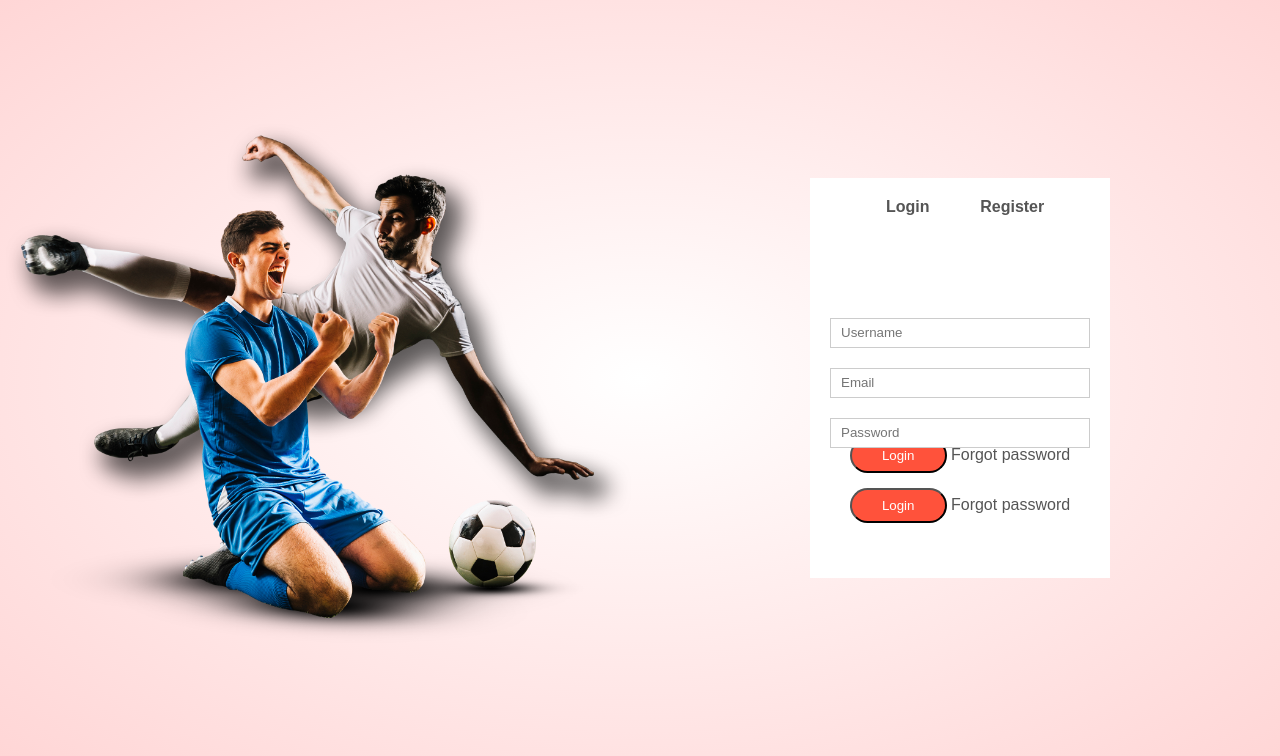
Repository: ritikalohia/tepid-frontend
Page: account.html
An editor plug-in stored every save of this project. The page is shown before and after a run of saves, followed by the edit.
The browser window is 1280 px wide. The pictures show the whole page.

Above is the page before, as saved 2021-06-09 12:31:02.

After the next 9 saves:
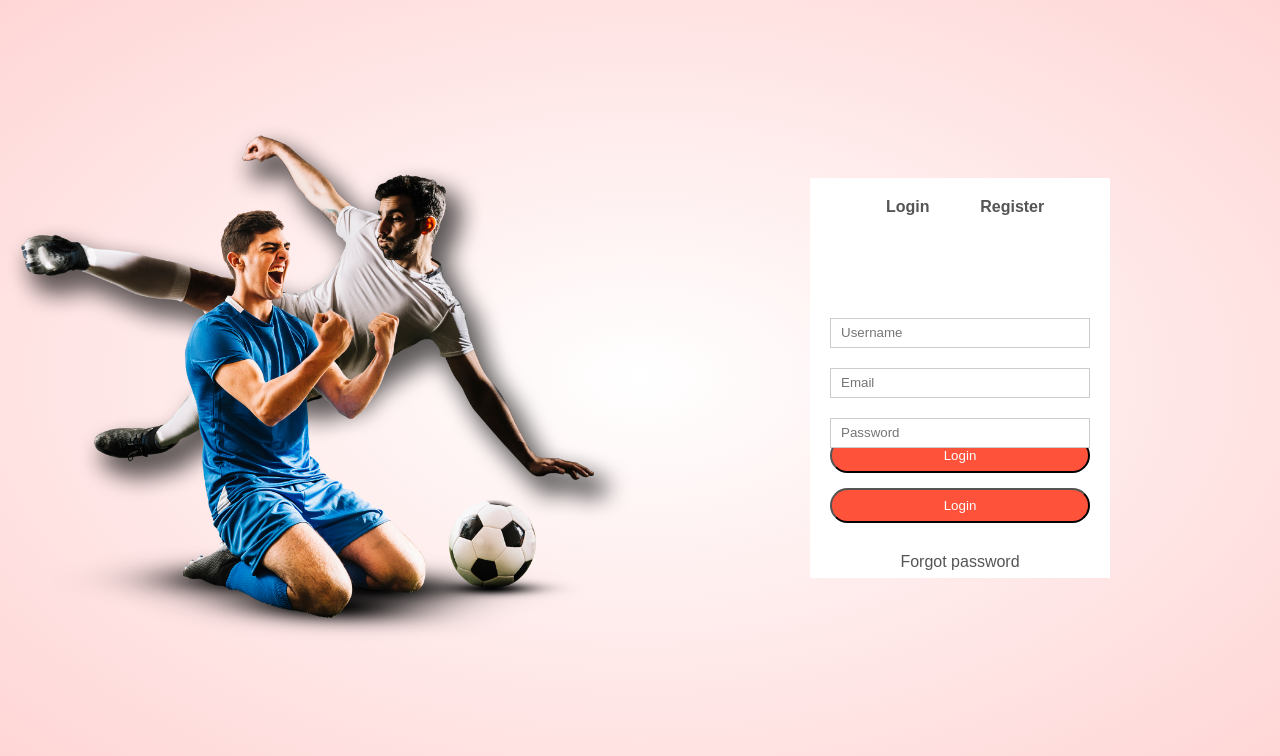
The 9 saves are shown as one change because they came seconds apart.
The last was saved 38 s later.
--- a/style.css
+++ b/style.css
@@ -573,5 +573,8 @@ form input{
 }
 
 form .btn{
-    width
-}
+    width: 100%;
+    border:
+    cursor: pointer;
+
+}
